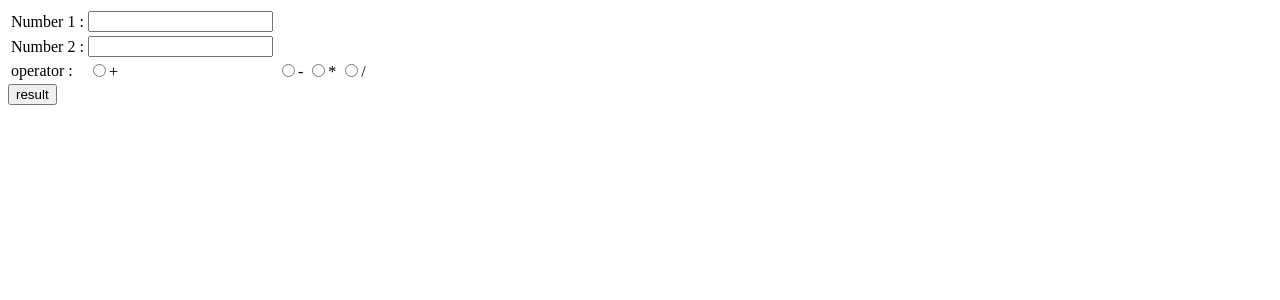
Repository: ragisd/J2EE
Page: http://localhost/jsp/calculator.jsp
An editor plug-in stored every save of this project. The page is shown before and after the next save, followed by the edit.
The browser window is 1280 px wide. The pictures show the whole page.
The page is served by Tomcat 9.

Above is the page before, as saved 2024-03-07 18:36:52.

After the next save:
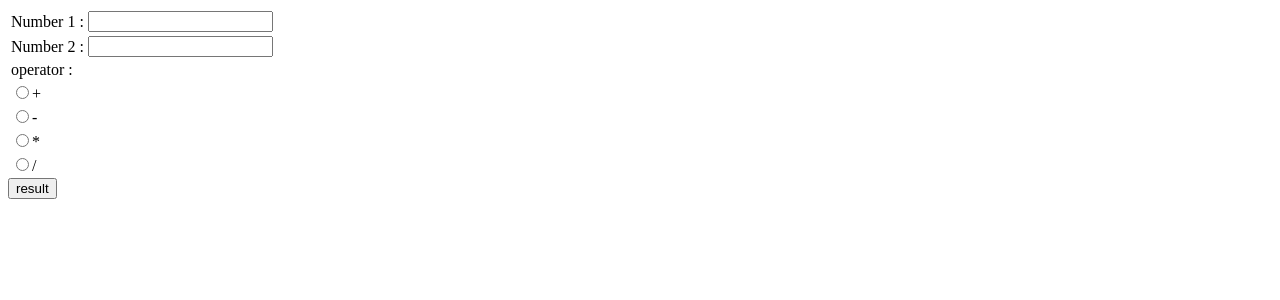
Saved 9 min 34 s later.
--- a/jsp/src/main/webapp/calculator.jsp
+++ b/jsp/src/main/webapp/calculator.jsp
@@ -19,11 +19,11 @@
 			</tr>
 			<tr>
 				<td>operator : </td>
-				<td><input type="radio" name="operator" value="sum">+</td>
-				<td><input type="radio" name="operator" value="sub">-</td>
-				<td><input type="radio" name="operator" value="mul">*</td>
-				<td><input type="radio" name="operator" value="div">/</td>
 			</tr>
+			<tr><td><input type="radio" name="operator" value="sum">+</td></tr>
+			<tr><td><input type="radio" name="operator" value="sub">-</td></tr>
+			<tr><td><input type="radio" name="operator" value="mul">*</td></tr>
+			<tr><td><input type="radio" name="operator" value="div">/</td></tr>
 		</table>
 		<input type="submit" value="result">
 	</form>
